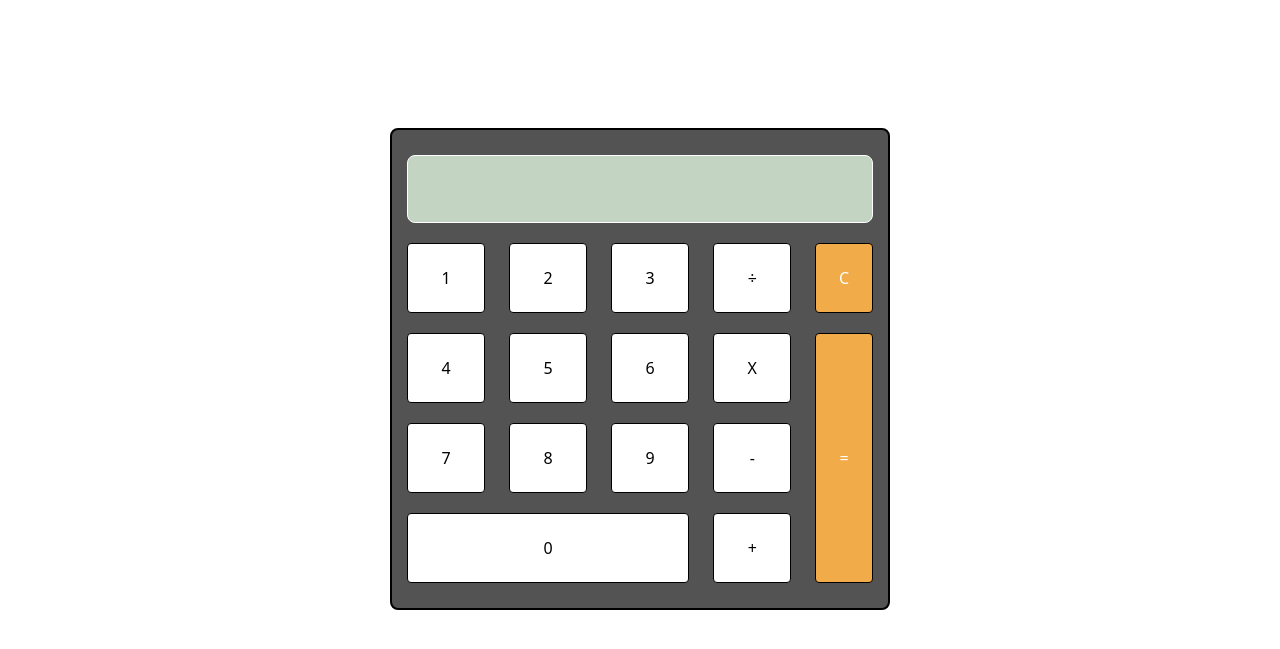
Repository: jsakdalan/CalculatorReactTypescript
Page: /
An editor plug-in stored every save of this project. The page is shown before and after the next save, followed by the edit.
The browser window is 1280 px wide. The pictures show the whole page.
The project was rebuilt for these pictures with package versions that can differ from the ones it lists, and the page was loaded fresh each time. Also part of the build but not shown: src/App.css.

Above is the page before, as saved 2022-06-07 17:28:11.

After the next save:
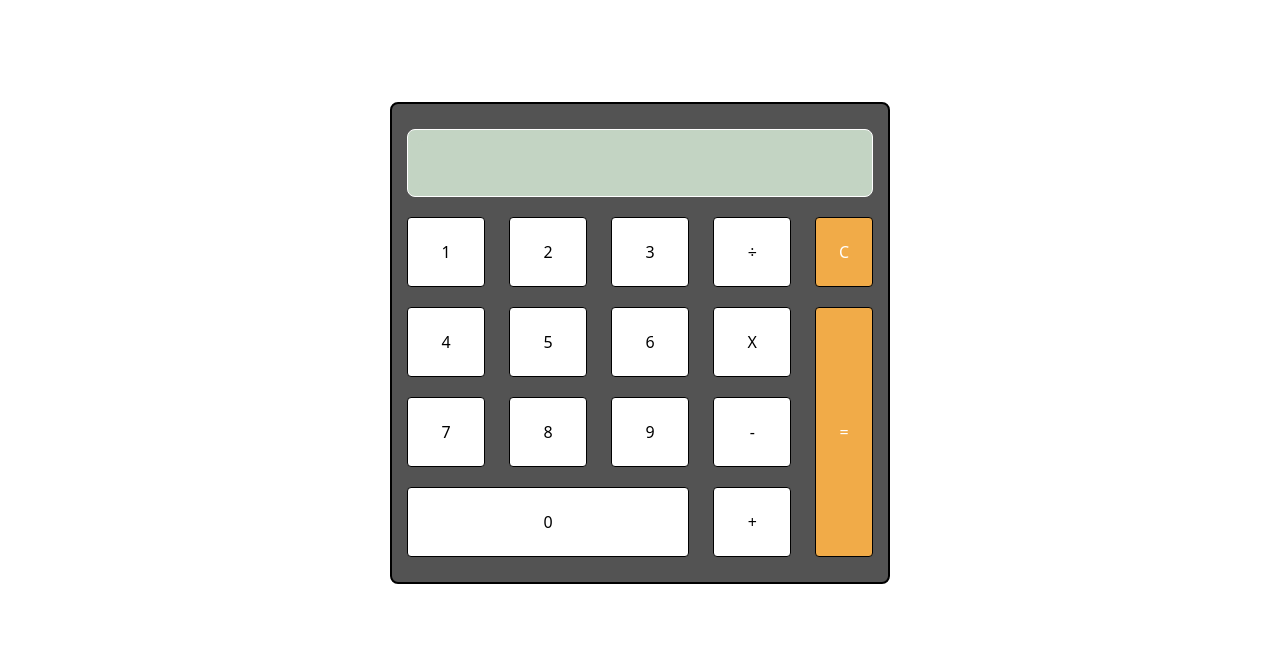
Saved 18 s later.
--- a/src/pages/Calculator.css
+++ b/src/pages/Calculator.css
@@ -1,5 +1,5 @@
 .container{
-    margin-top:10%;
+    margin-top:8%;
     max-width: 500px!important;
     width: 400px;
     display: flex;
